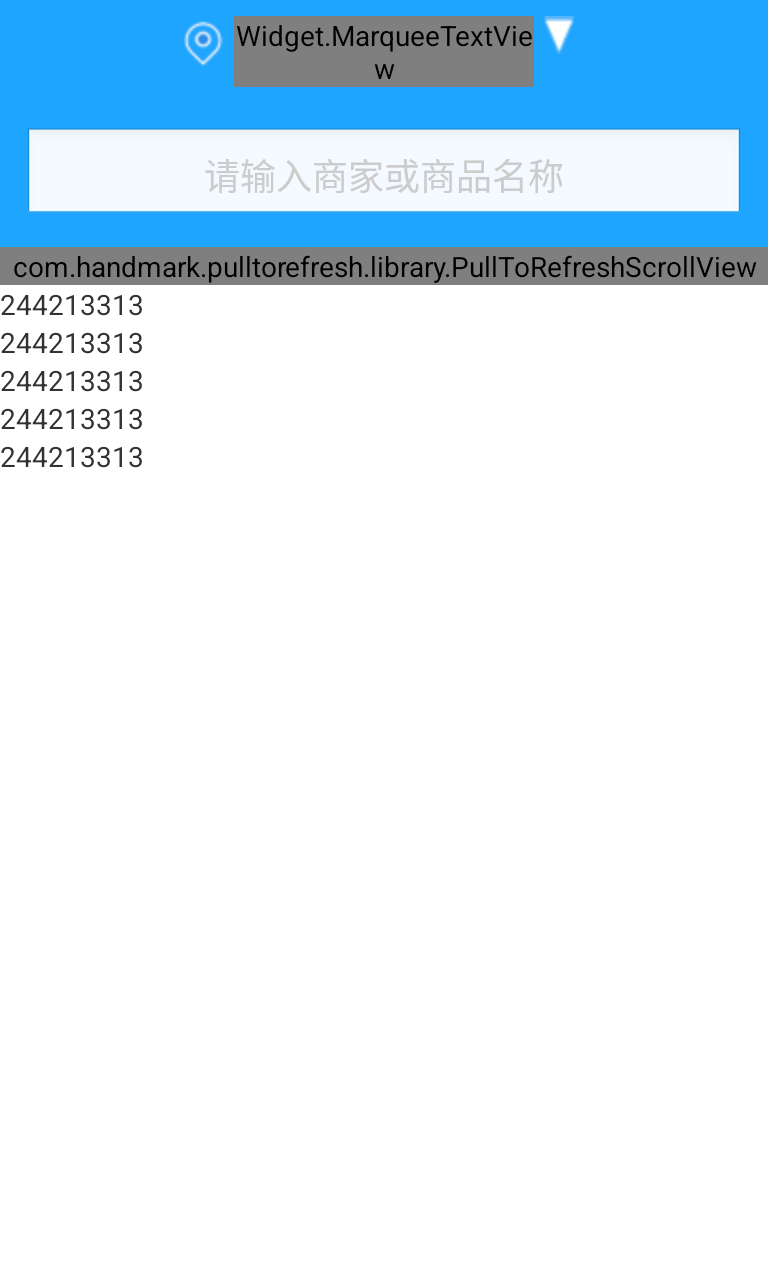
Repository: shi1hh/v
Layout: HungryTest/res/layout/fragment_waimai.xml
These files come from the project's save history. The layout is drawn as it stood at one moment and after the next save; the edit follows.
Pictures or frames that could not be fetched are drawn as grey boxes. It is drawn on a 768 x 1280 px phone screen (xhdpi) without system bars, with theme android:Theme.Light.NoTitleBar; the app's code is not run.

Above is the layout before, as saved 2015-10-24 11:23:15.

### HungryTest/res/layout/fragment_waimai.xml
<?xml version="1.0" encoding="utf-8"?>
<LinearLayout xmlns:android="http://schemas.android.com/apk/res/android"
    android:layout_width="match_parent"
    android:layout_height="match_parent"
    android:orientation="vertical" >

    <RelativeLayout
        android:layout_width="match_parent"
        android:layout_height="wrap_content"
        android:background="@color/blackground"
        android:padding="8dp" >

        <Widget.MarqueeTextView
            android:id="@+id/Textview_waimai_tile_2"
            android:layout_width="150dp"
            android:layout_height="wrap_content"
            android:layout_centerHorizontal="true"
            android:layout_centerVertical="true"
            android:background="@color/blackground"
            android:ellipsize="marquee"
            android:focusable="true"
            android:focusableInTouchMode="true"
            android:gravity="center"
            android:marqueeRepeatLimit="marquee_forever"
            android:scrollHorizontally="true"
            android:singleLine="true"
            android:text="信和门业附近(阳江市)"
            android:textColor="@color/white"
            android:textSize="21sp" />

        <Button
            android:id="@+id/button_waimai_tile_3"
            android:layout_width="wrap_content"
            android:layout_height="wrap_content"
            android:layout_alignBaseline="@+id/Textview_waimai_tile_2"
            android:layout_marginLeft="5dp"
            android:layout_toRightOf="@+id/Textview_waimai_tile_2"
            android:background="@drawable/waimaititle3" />

        <Button
            android:id="@+id/button_waimai_tile_1"
            android:layout_width="wrap_content"
            android:layout_height="wrap_content"
            android:layout_alignParentTop="true"
            android:layout_marginRight="5dp"
            android:layout_toLeftOf="@+id/Textview_waimai_tile_2"
            android:background="@drawable/waimaititle1" />
    </RelativeLayout>

    <RelativeLayout
        android:id="@+id/relative_1"
        android:layout_width="match_parent"
        android:layout_height="wrap_content"
        android:background="@color/blackground"
        android:padding="12dp" >

        <EditText
            android:id="@+id/editText_search"
            android:layout_width="match_parent"
            android:layout_height="wrap_content"
            android:ems="10"

            android:gravity="center"
            android:hint="请输入商家或商品名称"
            android:padding="10dp"
            android:textColorHint="@color/text_gray" >

        </EditText>
    </RelativeLayout>

    <com.handmark.pulltorefresh.library.PullToRefreshScrollView
        xmlns:ptr="http://schemas.android.com/apk/res-auto"
        android:id="@+id/pull_refresh_scrollview"
        android:layout_width="fill_parent"
        android:layout_height="wrap_content"
        ptr:ptrAnimationStyle="flip"
        ptr:ptrMode="both" >

        <LinearLayout
            android:id="@+id/sub_root_lin"
            android:layout_width="fill_parent"
            android:layout_height="wrap_content"
            android:orientation="vertical" >

            <android.support.v4.view.ViewPager
                android:id="@+id/viewpager_waimai_adv"
                android:layout_width="match_parent"
                android:layout_height="90dp" >
            </android.support.v4.view.ViewPager>

            <TableLayout
           android:layout_marginTop="5dp"
                android:layout_width="match_parent"
                android:layout_height="wrap_content" >

                <TableRow
                    android:layout_width="match_parent"
                    android:layout_weight="1" >

                    <TextView
                        android:id="@+id/tb_tv1"
                        style="@style/waimai_tb_text"
                        android:layout_width="wrap_content"
                        android:layout_height="fill_parent"
                        android:layout_weight="1"
                        android:drawablePadding="0px"
                        android:drawableTop="@drawable/t1"
                        android:text="@string/waimai_tb1" />

                    <TextView
                        android:id="@+id/tb_tv2"
                        style="@style/waimai_tb_text"
                        android:layout_width="fill_parent"
                        android:layout_height="fill_parent"
                        android:layout_weight="1"
                        android:drawablePadding="0px"
                        android:drawableTop="@drawable/t2"
                        android:text="@string/waimai_tb2" />

                    <TextView
                        android:id="@+id/tb_tv3"
                        style="@style/waimai_tb_text"
                        android:layout_width="fill_parent"
                        android:layout_height="fill_parent"
                        android:layout_weight="1"
                        android:drawablePadding="0px"
                        android:drawableTop="@drawable/t3"
                        android:text="@string/waimai_tb3" />

                    <TextView
                        android:id="@+id/tb_tv4"
                        style="@style/waimai_tb_text"
                        android:layout_width="fill_parent"
                        android:layout_height="fill_parent"
                        android:layout_weight="1"
                        android:drawablePadding="0px"
                        android:drawableTop="@drawable/t4"
                        android:text="@string/waimai_tb4" />
                </TableRow>

                <TableRow
                    android:layout_width="match_parent"
                    android:layout_weight="1" >

                    <TextView
                        android:id="@+id/tb_tv2_1"
                        style="@style/waimai_tb_text"
                        android:layout_width="fill_parent"
                        android:layout_height="fill_parent"
                        android:layout_weight="1"
                        android:drawablePadding="0px"
                        android:drawableTop="@drawable/t5"
                        android:text="@string/waimai_tb5" />

                    <TextView
                        android:id="@+id/tb_tv2_2"
                        style="@style/waimai_tb_text"
                        android:layout_width="fill_parent"
                        android:layout_height="fill_parent"
                        android:layout_weight="1"
                        android:drawablePadding="0px"
                        android:drawableTop="@drawable/t6"
                        android:text="@string/waimai_tb6" />

                    <TextView
                        android:id="@+id/tb_tv2_3"
                        style="@style/waimai_tb_text"
                        android:layout_width="fill_parent"
                        android:layout_height="fill_parent"
                        android:layout_weight="1"
                        android:drawablePadding="0px"
                        android:drawableTop="@drawable/t7"
                        android:text="@string/waimai_tb7" />

                    <TextView
                        android:id="@+id/tb_tv2_12344567"
                        android:layout_column="2"
                        style="@style/waimai_tb_text"
                        android:layout_width="fill_parent"
                        android:layout_height="fill_parent"
                        android:visibility="invisible"
                        android:layout_weight="1" />
                </TableRow>
            </TableLayout>
            <View
                android:id="@+id/divider1"
                 android:layout_width="fill_parent"  android:layout_height="12dp"
                android:layout_marginTop="5dp"
                android:background="@color/waimai_divider"  />
                 <LinearLayout
                android:id="@+id/flow_llay"
    android:layout_width="match_parent"
    android:layout_height="wrap_content"

    android:orientation="horizontal" >

    <Spinner
        android:id="@+id/spinner_waimai_listview4"
            android:background="@drawable/spinner_waimai_img"
    android:layout_weight="1"
        android:layout_width="0dp"
        android:spinnerMode="dropdown"
 android:animationCache="true"
   android:drawSelectorOnTop="true"
        android:layout_height="wrap_content" />

    <Spinner
        android:id="@+id/spinner_waimai_listview5"
               android:background="@drawable/spinner_waimai_img"
    android:layout_weight="1"
        android:layout_width="0dp"
        android:spinnerMode="dropdown"
 android:animationCache="true"
   android:drawSelectorOnTop="true"
        android:layout_height="wrap_content" />

    <Spinner
        android:id="@+id/spinner_waimai_listview6"
                android:background="@drawable/spinner_waimai_img"
    android:layout_weight="1"
        android:layout_width="0dp"
        android:spinnerMode="dropdown"
 android:animationCache="true"
   android:drawSelectorOnTop="true"
        android:layout_height="wrap_content"  />

</LinearLayout>
            <LinearLayout
    android:layout_width="match_parent"
    android:layout_height="match_parent"
    android:orientation="horizontal" >

    <Spinner
        android:id="@+id/spinner_waimai_listview1"
            android:background="@drawable/spinner_waimai_img"
    android:layout_weight="1"
        android:layout_width="0dp"
        android:spinnerMode="dropdown"
 android:animationCache="true"
   android:drawSelectorOnTop="true"
        android:layout_height="wrap_content" />

    <Spinner
        android:id="@+id/spinner_waimai_listview2"
               android:background="@drawable/spinner_waimai_img"
    android:layout_weight="1"
        android:layout_width="0dp"
        android:spinnerMode="dropdown"
 android:animationCache="true"
   android:drawSelectorOnTop="true"
        android:layout_height="wrap_content" />

    <Spinner
        android:id="@+id/spinner_waimai_listview3"
                android:background="@drawable/spinner_waimai_img"
    android:layout_weight="1"
        android:layout_width="0dp"
        android:spinnerMode="dropdown"
 android:animationCache="true"
   android:drawSelectorOnTop="true"
        android:layout_height="wrap_content"  />

</LinearLayout>


            <ListView
                android:id="@+id/listview_waimai"
                android:layout_width="fill_parent"
                android:layout_height="wrap_content"
                ></ListView>





        </LinearLayout>
    </com.handmark.pulltorefresh.library.PullToRefreshScrollView>
    <TextView
        android:layout_width="wrap_content"
        android:layout_height="wrap_content"
        android:text="244213313"/>
        <TextView
        android:layout_width="wrap_content"
        android:layout_height="wrap_content"
        android:text="244213313"/>
            <TextView
        android:layout_width="wrap_content"
        android:layout_height="wrap_content"
        android:text="244213313"/>
                <TextView
        android:layout_width="wrap_content"
        android:layout_height="wrap_content"
        android:text="244213313"/>
                    <TextView
        android:layout_width="wrap_content"
        android:layout_height="wrap_content"
        android:text="244213313"/>


</LinearLayout>

### HungryTest/res/values/color.xml
<?xml version="1.0" encoding="utf-8"?>
<resources>
    <color name="sum">#ffffff</color>
    <color name="balance">#00FF7F</color>
    <color name="balance_text">#ffffff</color>
    <color name="lvlft_select">#ffffff</color>
    <color name="lvlft_black">#CFCFCF</color>
    <color name="white">#ffffff</color>
    <color name="navigation_bg">#F6F6F6</color>
      <color name="blackground">#1EA5FF</color>
      <color name="text_gray">#CCCCCC</color>
      <color name="waimai_divider">#EEEEEC</color>
</resources>

### HungryTest/res/values/styles.xml
<resources xmlns:android="http://schemas.android.com/apk/res/android">

    <!--
        Base application theme, dependent on API level. This theme is replaced
        by AppBaseTheme from res/values-vXX/styles.xml on newer devices.


    -->
    <style name="AppBaseTheme" parent="Theme.AppCompat.Light">
        <!--
            Theme customizations available in newer API levels can go in
            res/values-vXX/styles.xml, while customizations related to
            backward-compatibility can go here.


        -->
    </style>

    <!-- Application theme. -->
    <style name="AppTheme" parent="AppBaseTheme">
        <!-- All customizations that are NOT specific to a particular API-level can go here. -->
    </style>

    <style name="text">
        <item name="android:textSize">10sp</item>
        <item name="android:gravity">center_horizontal</item>
    </style>

    <style name="waimai_tb_text">
        <item name="android:textSize">13sp</item>
        <item name="android:gravity">center_horizontal</item>
    </style>
    <style
        name="waimai_money_text">
        <item name="android:textColor">#FF3030</item>
        <item name="android:textSize">20sp</item>

    </style>
<style
    name="waimai_store_name_textsize"
    >
    <item name="android:textSize">20sp</item>
</style>
</resources>

### HungryTest/res/values/strings.xml
<?xml version="1.0" encoding="utf-8"?>
<resources>

    <string name="app_name">HungryTest</string>
    <string name="hello_world">Hello world!</string>
    <string name="action_settings">Settings</string>
    <string name="navigation1">外卖</string>
 <string name="navigation2">订单</string>
  <string name="navigation3">发现</string>
   <string name="navigation4">我</string>
   <string name="waimai_tb1">便利店</string>
    <string name="waimai_tb2">品牌馆</string>
     <string name="waimai_tb3">水果</string>
      <string name="waimai_tb4">鲜花蛋糕</string>
       <string name="waimai_tb5">新店特惠</string>
        <string name="waimai_tb6">夜宵</string>
         <string name="waimai_tb7">预定早餐</string>
</resources>

### HungryTest/res/drawable/spinner_waimai_img.xml
<?xml version="1.0" encoding="utf-8"?>
<selector xmlns:android="http://schemas.android.com/apk/res/android" >
    <item android:drawable="@drawable/spinnerdrag2"
        android:state_focused="true"></item>
    <item android:drawable="@drawable/spinnerdrag2"
        android:state_pressed="true"></item>
   <item  android:drawable="@drawable/spinnerdrag1"></item>
</selector>

After the next save:
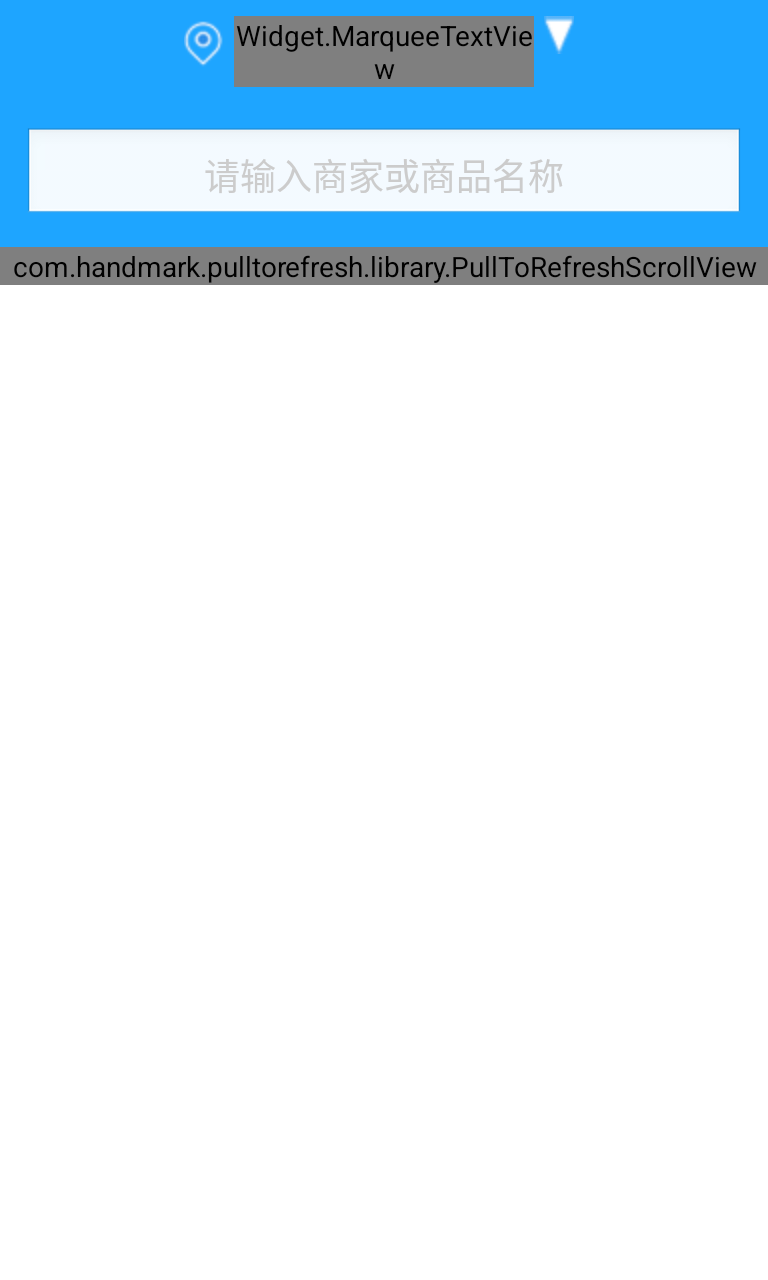
Saved 22 min 9 s later.
--- a/HungryTest/res/layout/fragment_waimai.xml
+++ b/HungryTest/res/layout/fragment_waimai.xml
@@ -1,10 +1,10 @@
 <?xml version="1.0" encoding="utf-8"?>
-<LinearLayout xmlns:android="http://schemas.android.com/apk/res/android"
+<RelativeLayout xmlns:android="http://schemas.android.com/apk/res/android"
     android:layout_width="match_parent"
-    android:layout_height="match_parent"
-    android:orientation="vertical" >
+    android:layout_height="match_parent" >
 
     <RelativeLayout
+        android:id="@+id/relativeLayout1"
         android:layout_width="match_parent"
         android:layout_height="wrap_content"
         android:background="@color/blackground"
@@ -47,30 +47,30 @@
             android:background="@drawable/waimaititle1" />
     </RelativeLayout>
 
-    <RelativeLayout
-        android:id="@+id/relative_1"
-        android:layout_width="match_parent"
-        android:layout_height="wrap_content"
-        android:background="@color/blackground"
-        android:padding="12dp" >
-
-        <EditText
-            android:id="@+id/editText_search"
+        <RelativeLayout
+            android:id="@+id/relative_2"
             android:layout_width="match_parent"
             android:layout_height="wrap_content"
-            android:ems="10"
-
-            android:gravity="center"
-            android:hint="请输入商家或商品名称"
-            android:padding="10dp"
-            android:textColorHint="@color/text_gray" >
-
-        </EditText>
-    </RelativeLayout>
-
-    <com.handmark.pulltorefresh.library.PullToRefreshScrollView
+            android:layout_alignParentLeft="true"
+            android:layout_below="@+id/relativeLayout1"
+            android:background="@color/blackground"
+            android:padding="12dp" >
+
+            <EditText
+                android:id="@+id/editText_search"
+                android:layout_width="match_parent"
+                android:layout_height="wrap_content"
+                android:ems="10"
+                android:gravity="center"
+                android:hint="请输入商家或商品名称"
+                android:padding="10dp"
+                android:textColorHint="@color/text_gray" />
+        </RelativeLayout>
+ <com.handmark.pulltorefresh.library.PullToRefreshScrollView
         xmlns:ptr="http://schemas.android.com/apk/res-auto"
         android:id="@+id/pull_refresh_scrollview"
+                  android:layout_alignParentLeft="true"
+            android:layout_below="@+id/relative_2"
         android:layout_width="fill_parent"
         android:layout_height="wrap_content"
         ptr:ptrAnimationStyle="flip"
@@ -187,44 +187,7 @@
                  android:layout_width="fill_parent"  android:layout_height="12dp"
                 android:layout_marginTop="5dp"
                 android:background="@color/waimai_divider"  />
-                 <LinearLayout
-                android:id="@+id/flow_llay"
-    android:layout_width="match_parent"
-    android:layout_height="wrap_content"
-
-    android:orientation="horizontal" >
-
-    <Spinner
-        android:id="@+id/spinner_waimai_listview4"
-            android:background="@drawable/spinner_waimai_img"
-    android:layout_weight="1"
-        android:layout_width="0dp"
-        android:spinnerMode="dropdown"
- android:animationCache="true"
-   android:drawSelectorOnTop="true"
-        android:layout_height="wrap_content" />
-
-    <Spinner
-        android:id="@+id/spinner_waimai_listview5"
-               android:background="@drawable/spinner_waimai_img"
-    android:layout_weight="1"
-        android:layout_width="0dp"
-        android:spinnerMode="dropdown"
- android:animationCache="true"
-   android:drawSelectorOnTop="true"
-        android:layout_height="wrap_content" />
-
-    <Spinner
-        android:id="@+id/spinner_waimai_listview6"
-                android:background="@drawable/spinner_waimai_img"
-    android:layout_weight="1"
-        android:layout_width="0dp"
-        android:spinnerMode="dropdown"
- android:animationCache="true"
-   android:drawSelectorOnTop="true"
-        android:layout_height="wrap_content"  />
-
-</LinearLayout>
+
             <LinearLayout
     android:layout_width="match_parent"
     android:layout_height="match_parent"
@@ -268,33 +231,6 @@
                 android:layout_width="fill_parent"
                 android:layout_height="wrap_content"
                 ></ListView>
-
-
-
-
-
         </LinearLayout>
     </com.handmark.pulltorefresh.library.PullToRefreshScrollView>
-    <TextView
-        android:layout_width="wrap_content"
-        android:layout_height="wrap_content"
-        android:text="244213313"/>
-        <TextView
-        android:layout_width="wrap_content"
-        android:layout_height="wrap_content"
-        android:text="244213313"/>
-            <TextView
-        android:layout_width="wrap_content"
-        android:layout_height="wrap_content"
-        android:text="244213313"/>
-                <TextView
-        android:layout_width="wrap_content"
-        android:layout_height="wrap_content"
-        android:text="244213313"/>
-                    <TextView
-        android:layout_width="wrap_content"
-        android:layout_height="wrap_content"
-        android:text="244213313"/>
-
-
-</LinearLayout>
+</RelativeLayout>
